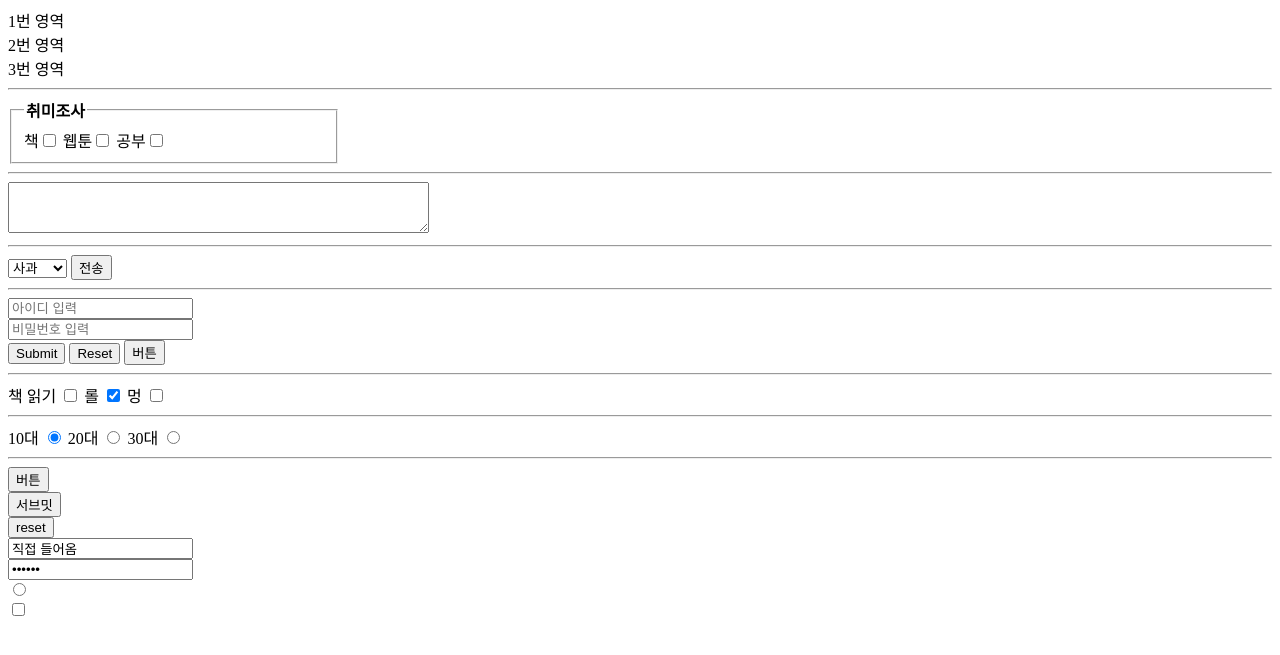
Repository: basstpgns/20201029html
Page: jsp/html/test02.html
An editor plug-in stored every save of this project. The page is shown before and after the next save, followed by the edit.
The browser window is 1280 px wide. The pictures show the whole page.

Above is the page before, as saved 2020-10-30 01:46:31.

After the next save:
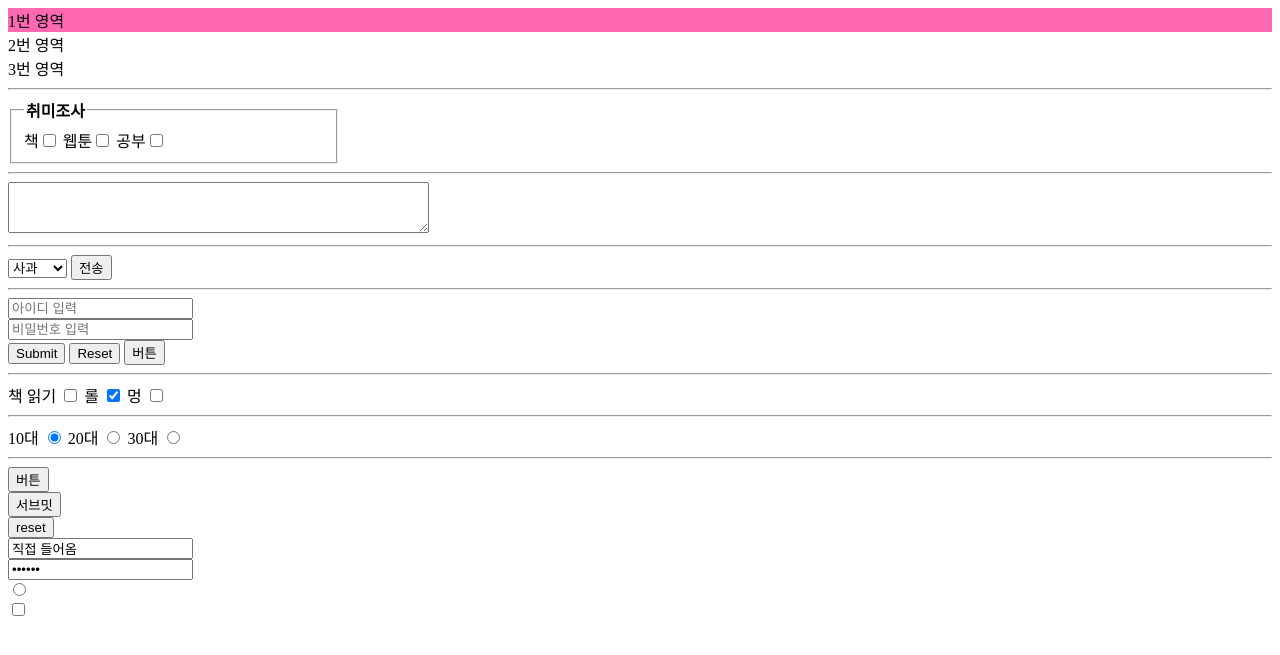
Saved 36 s later.
--- a/jsp/html/test02.html
+++ b/jsp/html/test02.html
@@ -5,7 +5,7 @@
 <title>Insert title here</title>
 </head>
 <body>
-	<div>1번 영역</div><!-- 블록 단위로 구분 -->
+	<div style="background-color: hotpink;">1번 영역</div><!-- 블록 단위로 구분 -->
 	<div>2번 영역</div>
 	<div>3번 영역</div>
 	<hr>
